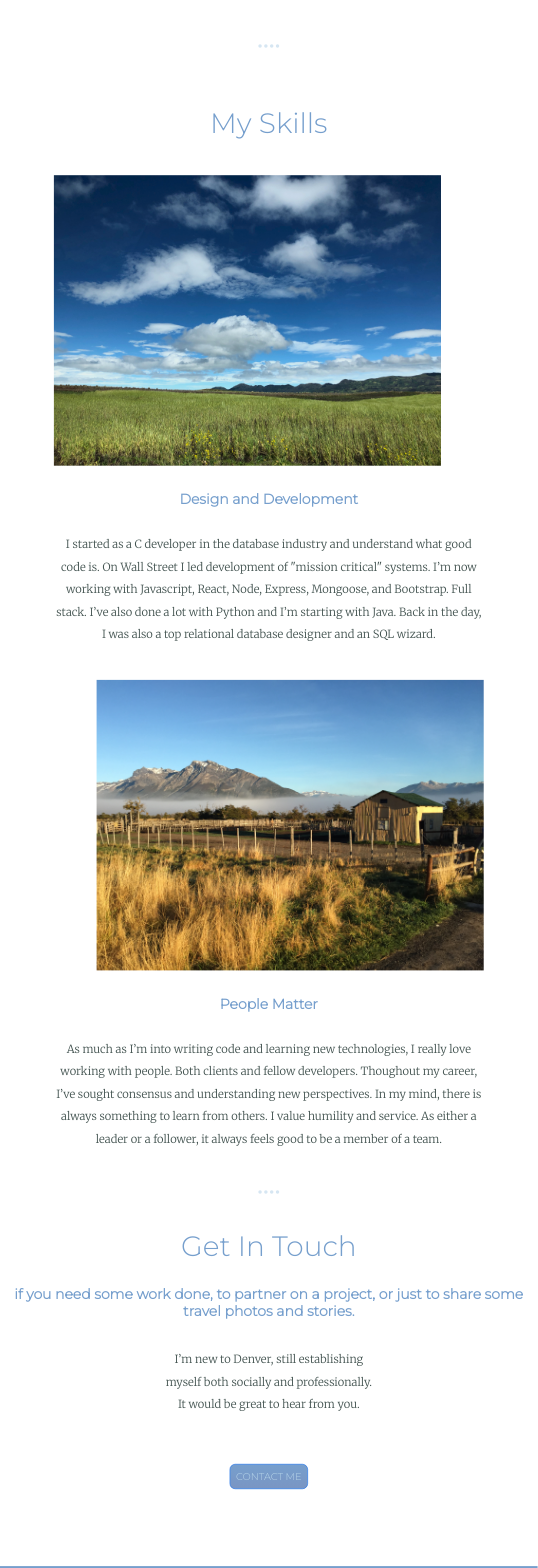
Repository: EpiTao-LLC/Personal_web_page
Page: index.html
An editor plug-in stored every save of this project. The page is shown before and after the next save, followed by the edit.
The browser window is 768 px wide. The pictures show the part of the page from y = 1596 to 3836 px (the page is 4041 px tall before and 4134 px after), at 70% of full size.

Above is the page before, as saved 2020-08-30 16:32:06.

### index.html
<!DOCTYPE html>
<html lang="en">
<head>
    <meta charset="UTF-8">
    <meta name="viewport" content="width=device-width, initial-scale=1.0">
    <title>Chris Larson</title>
    <link rel="stylesheet" href="css/styles.css">
    <link href="https://fonts.googleapis.com/css2?family=Merriweather:wght@300&family=Montserrat:wght@300&family=Sacramento&display=swap" rel="stylesheet">
    <link rel="apple-touch-icon" sizes="180x180" href="favicon_package_v0.16/apple-touch-icon.png">
    <link rel="icon" type="image/png" sizes="32x32" href="favicon_package_v0.16/favicon-32x32.png">
    <link rel="icon" type="image/png" sizes="16x16" href="favicon_package_v0.16/favicon-16x16.png">
    <link rel="manifest" href="favicon_package_v0.16/site.webmanifest">
    <link rel="mask-icon" href="favicon_package_v0.16/safari-pinned-tab.svg" color="#5bbad5">
    <meta name="msapplication-TileColor" content="#da532c">
    <meta name="theme-color" content="#ffffff">
</head>
<body>
    <div class = "top-container">
        <h1>I'm Chris</h1>
        <h2>a software developer</h2>
        <img class="cover-img" src="images/Boats in Cambodia.jpeg" alt="Boats in Cambodia image">
        <p>In my spare time I enjoy traveling the world and snapping iPhone pictures.</p>
      </div>
    <div class="middle-container">
        <div class="profile">
          <br>
          <img class="my-img" src="images/Holiday_Denmark.jpeg"  alt="Chris Pic">
          <h2>Hello</h2>
          <p>
            I’m a former Wall Street technology executive, who was reasonably successful and able to retire early.  My
            goal had always been to relocate from New York to Denver because Denver’s a cool place and I love the mountains.
            Another goal was to get hands-on and start writing code again because I love design and creating.   I’m grateful
            that I’m now in Denver, managing some investments, and writing software again.  I enjoy what I do.
            </p>
        </div>
        <hr>
        <div class="skills">
          <h2>My Skills</h2>
          <div class="skill-row">
            <img class="skills-img-1" src="images/Ecuador.JPEG" alt="Equador picture">
            <div >
            <h3 class="for-mobile">Design and Development</h3>
            <p> I started as a C developer in the database industry and understand what good code is.  On Wall Street I led development
              of "mission critical" systems.  I’m now working with Javascript, React, Node, Express, Mongoose, and Bootstrap.  Full stack.
              I’ve also done a lot with Python and I’m starting with Java.  Back in the day, I was also a top relational
              database designer and an SQL wizard.
            </p>
             </div>
          </div>
          <div class="skill-row">
            <img class="skills-img-2" src="images/Ranch in Patagonia.JPEG" alt="Ranch in Patagonia">
            <h3 class="for-mobile">People Matter</h3>
            <p>As much as I’m  into writing code and learning new technologies, I really love working with people.  Both
              clients and fellow developers.  Thoughout my career, I’ve sought consensus and understanding new perspectives.   In
              my mind, there is always something to learn from others.  I value humility and service.  As either a leader
              or a follower, it always feels good to be a member of a team.
            </p>
          </div>
        </div>
        <hr>
        <div class="contact-me">
          <h2>Get In Touch</h2>
          <h3>if you need some work done, to partner on a project, or just to share some travel photos and stories.</h3>
          <p class="contact-message">I’m new to Denver, still establishing myself both socially and professionally.  It would be great to hear from you.</p>
          <a class="btn" href="mailto:chris@calarsonllc.com">CONTACT ME</a>
        </div>
      </div>
      <div class="bottom-container">
        <a class="footer-link" href="https://www.linkedin.com/in/christopheralarson//">LinkedIn</a>
        <a class="footer-link" href="https://www.facebook.com/chris.larson">Facebook</a>
        <p class="copyright"> copyright © 2020 Chris Larson <br><br>
        <img class="logo-img" src="images/EpiTao_logo.jpg" alt="EpiTao logo">
        </p>
      </div>
</body>
</html>

### css/styles.css
body {
    margin: 0;
    text-align: center;
    font-family: 'Merriweather', serif;
    font-weight: normal;
    color:  #40514E;
}
h1 {
    margin: 0px auto 0 auto;
    font-family: 'Montserrat', sans-serif;
    font-size: 5rem;
    line-height: 2.0;
    color: #769FCD;
}
h2 {
    font-family: 'Montserrat', sans-serif;
    font-size: 2.5rem;
    font-weight: normal;
    color: #769FCD
}
h3 {
    font-family: 'Montserrat', sans-serif;
    font-weight: 900;
    color: #769FCD
}
p {
    line-height: 2;
}
hr {
    border-color:  #d6e6f2;
    border-width: 5px;
    border-style: dotted none none;
    height: 0px;
    width: 4%;
    margin: 100 auto 100 auto;
}
.top-container {
    background-color: #d6e6f2;
    color: #769FCD;
    position: relative;
    padding-top: 50px;
    padding-bottom: 100px;
}
.middle-container {
    margin-top: 100px;

}
.bottom-container {
    margin-top: 100px;
    padding: 30px 0 50px;
    font-size: 10px;
    background-color: #769FCD;
    color: #f7fbfc  ;
}
.profile{
    width: 50%;
    margin: 50px auto 100px auto;
    text-align: center;
}
.skills {
    margin-top: 50px;
}
.skill-row {
    width: 50%;
    margin: 50px auto 100px auto;
    text-align: left;
}
.contact-me {
    margin-top: 50px;
}
.contact-message {
    width: 40%;
    margin: 40px auto 60px;
}
.footer-link {
    font-size: 20px
}
.copyright {
    color: #b9d7ea;
    font-size: 0.5rem;
    padding: 20px 0;
}

.btn {
    background: #769FCD;
    background-image: -webkit-linear-gradient(top, #769FCD, #7A95C3);
    background-image: -moz-linear-gradient(top, #769FCD, #7A95C3);
    background-image: -ms-linear-gradient(top, #769FCD, #7A95C3);
    background-image: -o-linear-gradient(top, #769FCD, #7A95C3);
    background-image: linear-gradient(to bottom, #769FCD, #7A95C3);
    -webkit-border-radius: 8px;
    -moz-border-radius: 8px;
    border-radius: 8px;
    color: #FFFFFF;
    font-family: 'Montserrat', sans-serif;
    font-size: 14px;
    font-weight: 100;
    padding: 8px;
    border: solid #337FED 1px;
    text-decoration: none;
    display: inline-block;
    cursor: pointer;
    text-align: center;
}

.btn:hover {
    border: solid #337FED 1px;
    background: #7A95C3;
    background-image: -webkit-linear-gradient(top, #7A95C3, #769FCD);
    background-image: -moz-linear-gradient(top, #7A95C3, #769FCD);
    background-image: -ms-linear-gradient(top, #7A95C3, #769FCD);
    background-image: -o-linear-gradient(top, #7A95C3, #769FCD);
    background-image: linear-gradient(to bottom, #7A95C3, #769FCD);
    -webkit-border-radius: 7px;
    -moz-border-radius: 7px;
    border-radius: 7px;
    text-decoration: none;
}

a:link {
    font-family: 'Montserrat', sans-serif;
    text-decoration: none;
    color: #b9d7ea;
    margin: 10px 20px;

}
a:visited {
    color: #b9d7ea
}
a:hover{
    color: #f7fbfc
}
.cover-img {
    width: 60%;
    height: 60%;
    margin-bottom: 20px;
}
.my-img {
    width: 45%;
    height: 45%;
    float: fit-content;
}
.skills-img-1 {
    width: 40%;
    height: 40%;
    float: left;
    margin-right: 30px;
}
.skills-img-2 {
    width: 40%;
    height: 40%;
    float: right;
    margin-left: 30px;
}
.logo-img {
    width: 1.5%;
    height: 1.5%;
}

  /* Mobile Styling */

  @media (max-width: 780px) {
    h3 {
        font-size: 1.25rem;
    }
    .middle-container {
        text-align: center;
        position: relative;
        margin-top: 100px;


    }
    .skills {
        align-content: center;
    }
    .skill-row {
        display: block;
        width: 80%;
        margin: 50px auto 50px auto;
        text-align: center;
    }
    .for-mobile {
        display: inline-flex;
        content: '\a\a';
        white-space: pre;
    }
    .skills-img-1, .skills-img-2{

        width: 90%;
        height: 80%;
        padding: 0;
        float: fit-content;
        margin-left: 0px;
        margin-right: 0px;
        margin-bottom: 1rem;
    }
    .skills-img-1:after, .skills-img-2:after{
        display: inline-flex;
        content: '\a\a';
        white-space: pre;
    }

    /* .skills-img-2 {
        width: 50%;
        height: 50%;
        float: fit-content;
        margin-left: 0px;
        margin-right: 0px;
        margin-bottom: 1rem;
    } */
    .bottom-container {
        text-align: center;
        margin-top: 100px;
        padding: 30px 0 50px;
        font-size: 10px;
        background-color: #769FCD;
        color: #f7fbfc  ;
    }
}

After the next save:
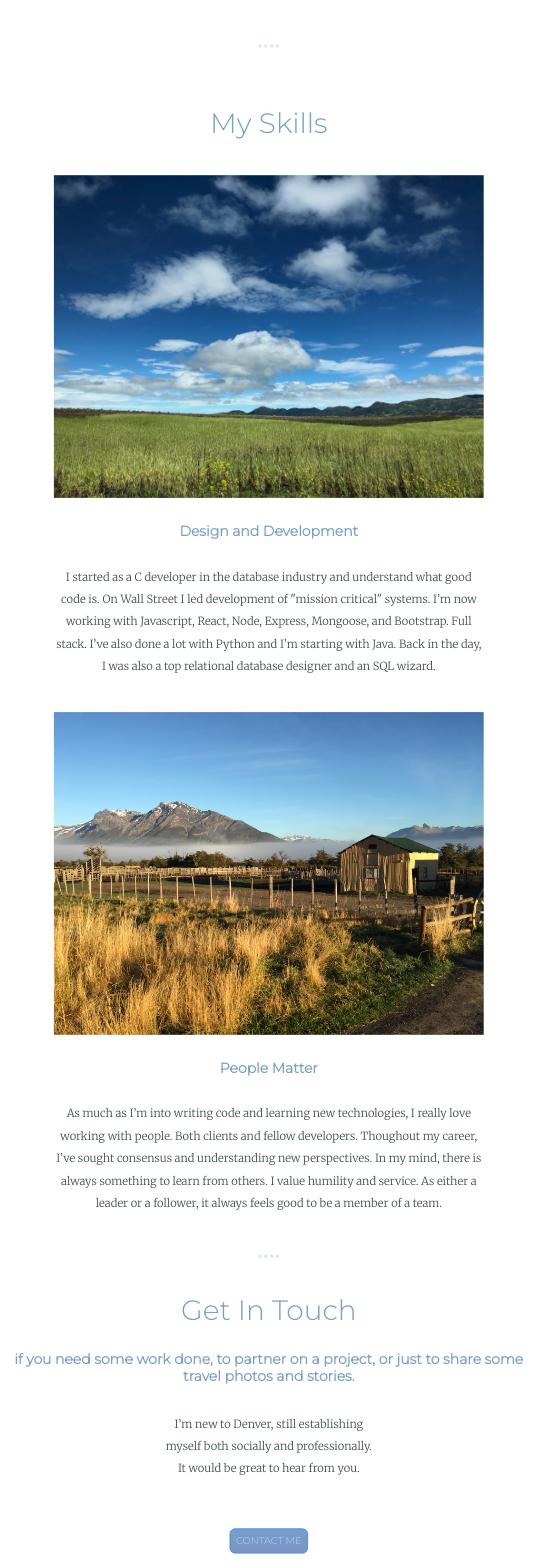
Saved 23 s later.
--- a/css/styles.css
+++ b/css/styles.css
@@ -186,8 +186,8 @@ a:hover{
     }
     .skills-img-1, .skills-img-2{
 
-        width: 90%;
-        height: 80%;
+        width: 100%;
+        height: 100%;
         padding: 0;
         float: fit-content;
         margin-left: 0px;
